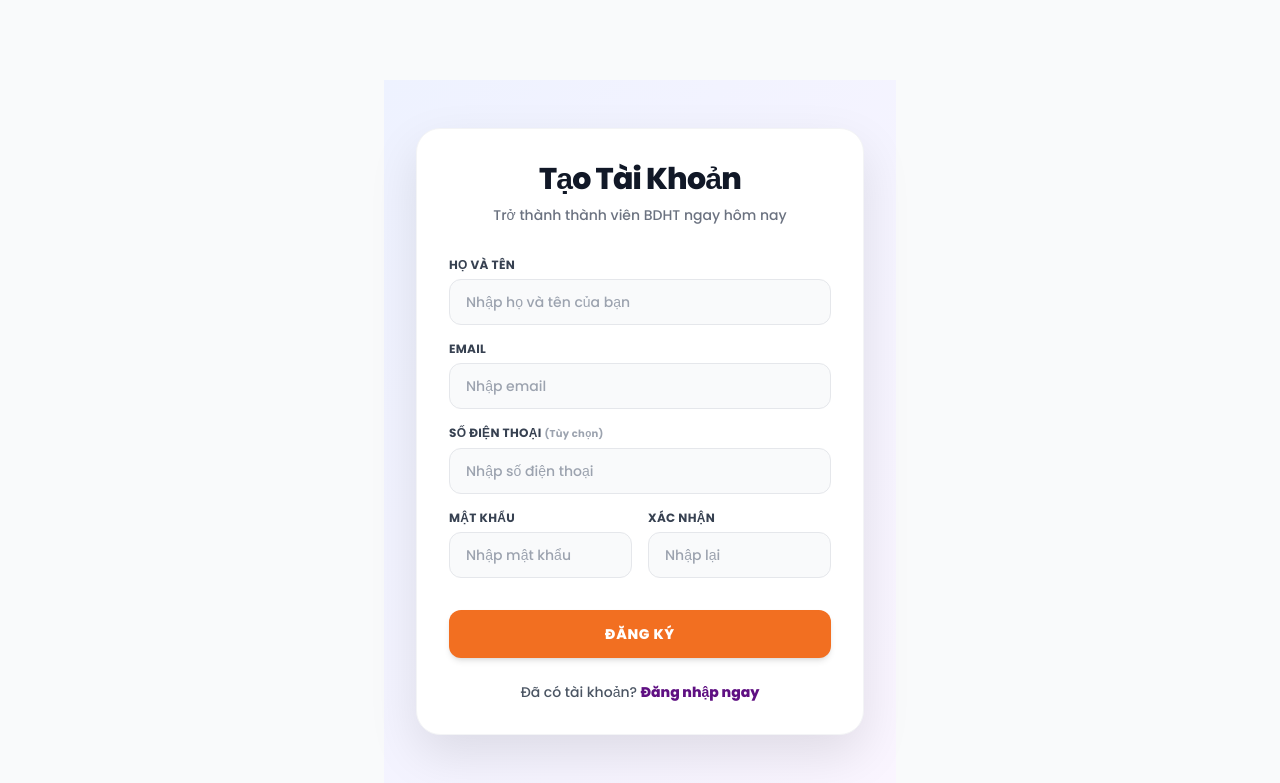
Repository: Vu-Tien-Duc/K23CNT3_VuTienDuc_Project4_EventTicket
Page: EventTicket_BDHT_Project/frontend-web/pages/user/register.html
These files come from the project's save history. The page is drawn as it stood at one moment and after the next save; the edit follows.
The browser window is 1280 px wide. The pictures show the whole page.
The page's requests for data from a server got no answer. Some web libraries are served in a nearby version.

Above is the page before, as saved 2026-05-24 18:37:59.

### EventTicket_BDHT_Project/frontend-web/pages/user/register.html
<!DOCTYPE html>
<html lang="vi">
<head>
    <meta charset="UTF-8">
    <meta name="viewport" content="width=device-width, initial-scale=1.0">
    <title>Đăng Ký - BDHT Premium Ticketing</title>
    <!-- Tailwind CSS CDN -->
    <script src="https://cdn.tailwindcss.com"></script>
    <script>
        tailwind.config = {
            theme: {
                extend: {
                    colors: {
                        brand: {
                            purple: '#5f1082',
                            purpleHover: '#4d0b6b',
                            orange: '#f26f21',
                            orangeHover: '#d95a12',
                            darkBg: '#333333'
                        }
                    },
                    fontFamily: {
                        sans: ['Poppins', 'sans-serif'],
                    }
                }
            }
        }
    </script>
    <link href="https://fonts.googleapis.com/css2?family=Poppins:wght@300;400;500;600;700;800;900&display=swap" rel="stylesheet">
    <link rel="stylesheet" href="https://cdnjs.cloudflare.com/ajax/libs/font-awesome/6.4.0/css/all.min.css">
    <link rel="stylesheet" href="../../assets/css/style.css">
</head>
<body class="bg-gray-50 text-gray-800 font-sans antialiased flex flex-col min-h-screen">


    <main class="flex-1 flex items-center justify-center py-12 px-4 sm:px-6 lg:px-8 bg-gradient-to-br from-indigo-50 to-purple-50">
        <div class="max-w-md w-full bg-white rounded-3xl p-8 shadow-[0_20px_50px_rgba(0,0,0,0.1)] border border-gray-100">
            <div class="text-center mb-8">
                <h2 class="text-3xl font-extrabold text-gray-900 tracking-tight">Tạo Tài Khoản</h2>
                <p class="text-sm font-medium text-gray-500 mt-2">Trở thành thành viên BDHT ngay hôm nay</p>
            </div>

            <form id="registerForm" class="flex flex-col gap-4">
                <div id="register-msg" class="hidden font-bold text-sm p-3 rounded-xl"></div>

                <div class="flex flex-col gap-1.5">
                    <label class="text-xs font-bold text-gray-700 uppercase tracking-wide">Họ và Tên</label>
                    <input type="text" id="fullName" required placeholder="Nhập họ và tên của bạn" class="w-full px-4 py-3 bg-gray-50 border border-gray-200 rounded-xl text-sm font-medium focus:border-brand-purple focus:ring-4 focus:ring-brand-purple/10 outline-none transition-all">
                </div>

                <div class="flex flex-col gap-1.5">
                    <label class="text-xs font-bold text-gray-700 uppercase tracking-wide">Email</label>
                    <input type="email" id="email" required placeholder="Nhập email" class="w-full px-4 py-3 bg-gray-50 border border-gray-200 rounded-xl text-sm font-medium focus:border-brand-purple focus:ring-4 focus:ring-brand-purple/10 outline-none transition-all">
                </div>

                <div class="flex flex-col gap-1.5">
                    <label class="text-xs font-bold text-gray-700 uppercase tracking-wide">Số điện thoại <span class="text-[10px] text-gray-400 normal-case">(Tùy chọn)</span></label>
                    <input type="text" id="phoneNumber" placeholder="Nhập số điện thoại" class="w-full px-4 py-3 bg-gray-50 border border-gray-200 rounded-xl text-sm font-medium focus:border-brand-purple focus:ring-4 focus:ring-brand-purple/10 outline-none transition-all">
                </div>

                <div class="grid grid-cols-2 gap-4">
                    <div class="flex flex-col gap-1.5">
                        <label class="text-xs font-bold text-gray-700 uppercase tracking-wide">Mật khẩu</label>
                        <input type="password" id="password" required placeholder="Nhập mật khẩu" class="w-full px-4 py-3 bg-gray-50 border border-gray-200 rounded-xl text-sm font-medium focus:border-brand-purple focus:ring-4 focus:ring-brand-purple/10 outline-none transition-all">
                    </div>

                    <div class="flex flex-col gap-1.5">
                        <label class="text-xs font-bold text-gray-700 uppercase tracking-wide">Xác nhận</label>
                        <input type="password" id="confirmPassword" required placeholder="Nhập lại" class="w-full px-4 py-3 bg-gray-50 border border-gray-200 rounded-xl text-sm font-medium focus:border-brand-purple focus:ring-4 focus:ring-brand-purple/10 outline-none transition-all">
                    </div>
                </div>

                <button type="submit" class="w-full bg-brand-orange hover:bg-brand-orangeHover text-white font-extrabold px-6 py-3.5 rounded-xl text-sm uppercase tracking-wider transition-all duration-300 shadow-md hover:shadow-xl hover:-translate-y-0.5 mt-4">
                    Đăng Ký
                </button>
            </form>

            <p class="text-center mt-6 text-sm font-medium text-gray-600">
                Đã có tài khoản? <a href="login.html" class="font-extrabold text-brand-purple hover:text-brand-orange transition-colors">Đăng nhập ngay</a>
            </p>
        </div>
    </main>

    <script src="../../assets/js/core/api-client.js"></script>
    <script src="../../assets/js/auth.js"></script>
</body>
</html>

### EventTicket_BDHT_Project/frontend-web/assets/css/style.css
/* EventTicket Frontend Styles */

/* Reset and Base Styles */
* {
    margin: 0;
    padding: 0;
    box-sizing: border-box;
}

body {
    font-family: 'Segoe UI', Tahoma, Geneva, Verdana, sans-serif;
    line-height: 1.6;
    color: #333;
    background-color: #f8f9fa;
}

header {
    background: linear-gradient(135deg, #667eea 0%, #764ba2 100%);
    color: white;
    padding: 1rem 0;
    position: fixed;
    width: 100%;
    top: 0;
    z-index: 1000;
    box-shadow: 0 2px 10px rgba(0,0,0,0.1);
}

main {
    margin-top: 80px;
    padding: 2rem;
    max-width: 1200px;
    margin-left: auto;
    margin-right: auto;
}

.container {
    max-width: 1200px;
    margin: 0 auto;
    padding: 0 1rem;
}

.btn {
    background: #667eea;
    color: white;
    padding: 0.75rem 1.5rem;
    border: none;
    border-radius: 5px;
    cursor: pointer;
    font-size: 1rem;
    transition: background 0.3s;
}

.btn:hover {
    background: #5a67d8;
}

.btn-danger {
    background: #e53e3e;
}

.btn-danger:hover {
    background: #c53030;
}

.card {
    background: white;
    border-radius: 10px;
    box-shadow: 0 4px 6px rgba(0,0,0,0.1);
    padding: 1.5rem;
    margin-bottom: 1.5rem;
}

.event-card {
    display: flex;
    gap: 1.5rem;
    margin-bottom: 2rem;
    padding: 1.5rem;
    border-radius: 10px;
    background: white;
    box-shadow: 0 4px 12px rgba(0,0,0,0.1);
    transition: transform 0.3s, box-shadow 0.3s;
}

.event-card:hover {
    transform: translateY(-5px);
    box-shadow: 0 8px 25px rgba(0,0,0,0.15);
}

/* Responsive */
@media (max-width: 768px) {
    .event-card {
        flex-direction: column;
    }

    main {
        padding: 1rem;
    }
}

/* Loading Spinner */
.loading {
    display: inline-block;
    width: 20px;
    height: 20px;
    border: 3px solid #f3f3f3;
    border-top: 3px solid #667eea;
    border-radius: 50%;
    animation: spin 1s linear infinite;
}

@keyframes spin {
    0% { transform: rotate(0deg); }
    100% { transform: rotate(360deg); }
}

### EventTicket_BDHT_Project/frontend-web/assets/js/auth.js
document.addEventListener('DOMContentLoaded', () => {
    window.pageUtils.loadHeader();
    setupLogin();
    setupRegister();
    setupSocialLogin();
});

const SOCIAL_AUTH_CONFIG = window.SOCIAL_AUTH_CONFIG || {};

function isConfigured(value) {
    return value && !value.startsWith('YOUR_');
}

function setLoginMessage(message, color = 'red') {
    const msgBox = document.getElementById('login-msg') || document.getElementById('login-error');
    if (!msgBox) return;
    msgBox.style.display = 'block';
    msgBox.innerHTML = `<span style="color: ${color};">${message}</span>`;
}

function redirectAfterLogin(user) {
    const userRole = user.role || 'USER';
    if (userRole === 'ADMIN' || userRole === 'ROLE_ADMIN') {
        window.location.href = window.pageUtils.resolveUrl('/pages/admin/lpth_dashboard.html');
    } else {
        window.location.href = window.pageUtils.resolveUrl('index.html');
    }
}

async function handleAuthSuccess(response) {
    if (!response || !response.user) {
        throw new Error('Khong nhan duoc du lieu user tu may chu.');
    }

    if (response.token) {
        window.apiClient.setToken(response.token);
    }
    localStorage.setItem('currentUser', JSON.stringify(response.user));
    redirectAfterLogin(response.user);
}

// ==========================================
// 1. LOGIN
// ==========================================
function setupLogin() {
    const loginForm = document.getElementById('loginForm') || document.getElementById('login-form');
    if (!loginForm) return;

    loginForm.addEventListener('submit', async (e) => {
        e.preventDefault();

        const emailInput = document.getElementById('email') || document.getElementById('username');
        const passwordInput = document.getElementById('password');
        const errorMsg = document.getElementById('login-msg') || document.getElementById('login-error');

        if (!errorMsg) return;
        errorMsg.style.display = 'block';
        errorMsg.innerHTML = '<span style="color: blue;">Dang kiem tra thong tin xac thuc...</span>';

        try {
            const response = await window.apiClient.post('/api/vtd/public/auth/login', {
                email: emailInput.value,
                password: passwordInput.value
            });

            if (response && response.user) {
                errorMsg.innerHTML = `<span style="color: green;">${response.message || 'Dang nhap thanh cong! Dang chuyen huong...'}</span>`;
                setTimeout(() => {
                    handleAuthSuccess(response);
                }, 800);
            } else if (response && response.error) {
                throw new Error(response.error);
            } else {
                throw new Error('Khong nhan duoc du lieu user tu may chu.');
            }
        } catch (error) {
            console.error('Loi dang nhap:', error);
            const errorText = (error.message || '').toLowerCase();
            if (errorText.includes('khoa') || errorText.includes('locked')) {
                errorMsg.innerHTML = '<span style="color: orange;">Tai khoan cua ban da bi khoa! Lien he quan tri vien.</span>';
            } else {
                errorMsg.innerHTML = `<span style="color: red;">${error.message || 'Dang nhap that bai.'}</span>`;
            }
        }
    });
}

// ==========================================
// 2. REGISTER
// ==========================================
function setupRegister() {
    const registerForm = document.getElementById('registerForm') || document.getElementById('register-form');
    if (!registerForm) return;

    registerForm.addEventListener('submit', async (e) => {
        e.preventDefault();

        const fullName = document.getElementById('fullName')?.value || document.getElementById('reg-username')?.value;
        const email = document.getElementById('email')?.value || document.getElementById('reg-email')?.value;
        const phoneNumber = document.getElementById('phoneNumber')?.value || '';
        const password = document.getElementById('password')?.value || document.getElementById('reg-password')?.value;
        const confirmPassword = document.getElementById('confirmPassword')?.value;
        const msgBox = document.getElementById('register-msg');

        if (!msgBox) return;
        msgBox.style.display = 'block';

        if (confirmPassword && password !== confirmPassword) {
            msgBox.innerHTML = '<span style="color: red;">Mat khau xac nhan khong khop!</span>';
            return;
        }

        msgBox.innerHTML = '<span style="color: blue;">Dang tao tai khoan...</span>';

        try {
            const response = await window.apiClient.post('/api/vtd/public/auth/register', {
                fullName: fullName,
                email: email,
                phoneNumber: phoneNumber,
                password: password
            });

            msgBox.innerHTML = `<span style="color: green;">${response.message || 'Dang ky thanh cong! Dang chuyen huong...'}</span>`;
            setTimeout(() => {
                window.location.href = window.pageUtils.resolveUrl('/pages/user/login.html');
            }, 1200);
        } catch (error) {
            msgBox.innerHTML = `<span style="color: red;">${error.message || 'Dang ky that bai. Vui long thu lai.'}</span>`;
        }
    });
}



function setupSocialLogin() {
    const btnGoogle = document.getElementById('btn-google');
    const btnFacebook = document.getElementById('btn-facebook');

    if (btnGoogle) {
        btnGoogle.addEventListener('click', loginWithGoogle);
    }
    if (btnFacebook) {
        btnFacebook.addEventListener('click', (e) => {
            e.preventDefault();
            setLoginMessage('Hệ thống đang phát triển.', 'orange');

            const facebookDev = document.getElementById('facebook-dev');
            if (facebookDev) facebookDev.style.display = 'block';
        });
    }


}

function loginWithGoogle() {
    if (!isConfigured(SOCIAL_AUTH_CONFIG.googleClientId)) {
        setLoginMessage('Vui long cau hinh Google Client ID trong login.html truoc khi dung dang nhap Google.');
        return;
    }
    if (!window.google || !google.accounts || !google.accounts.oauth2) {
        setLoginMessage('Google SDK chua tai xong, vui long thu lai sau vai giay.');
        return;
    }

    setLoginMessage('Dang mo dang nhap Google...', 'blue');
    const tokenClient = google.accounts.oauth2.initTokenClient({
        client_id: SOCIAL_AUTH_CONFIG.googleClientId,
        scope: 'openid email profile',
        callback: async (tokenResponse) => {
            if (!tokenResponse || !tokenResponse.access_token) {
                setLoginMessage('Google khong tra ve token dang nhap.');
                return;
            }

            try {
                const response = await window.apiClient.post('/api/vtd/public/auth/social-login', {
                    provider: 'google',
                    accessToken: tokenResponse.access_token
                });
                setLoginMessage(response.message || 'Dang nhap Google thanh cong! Dang chuyen huong...', 'green');
                setTimeout(() => handleAuthSuccess(response), 600);
            } catch (error) {
                setLoginMessage(error.message || 'Dang nhap Google that bai.');
            }
        }
    });
    tokenClient.requestAccessToken();
}

function loginWithFacebook() {
    if (!isConfigured(SOCIAL_AUTH_CONFIG.facebookAppId)) {
        setLoginMessage('Vui long cau hinh Facebook App ID trong login.html truoc khi dung dang nhap Facebook.');
        return;
    }
    if (!window.FB) {
        setLoginMessage('Facebook SDK chua tai xong, vui long thu lai sau vai giay.');
        return;
    }

    // FB.login chỉ hoạt động khi trang chạy qua HTTPS.
    // Nếu đang chạy http, Facebook SDK sẽ chặn và có thể làm lỗi typeof asyncfunction.
    if (window.location.protocol !== 'https:') {
        setLoginMessage('Facebook chỉ cho phép đăng nhập khi trang chạy HTTPS. Vui lòng bật HTTPS (Live Server/Proxy) rồi thử lại.', 'orange');
        return;
    }

    FB.init({
        appId: SOCIAL_AUTH_CONFIG.facebookAppId,
        cookie: true,
        xfbml: false,
        version: 'v25.0'
    });


    setLoginMessage('Dang mo dang nhap Facebook...', 'blue');
    FB.login(async (fbResponse) => {
        if (!fbResponse || !fbResponse.authResponse || !fbResponse.authResponse.accessToken) {
            setLoginMessage('Ban da huy dang nhap Facebook hoac Facebook khong tra ve token.');
            return;
        }

        const accessToken = fbResponse.authResponse.accessToken;
        try {
            const response = await window.apiClient.post('/api/vtd/public/auth/social-login', {
                provider: 'facebook',
                accessToken
            });
            setLoginMessage(response.message || 'Dang nhap Facebook thanh cong! Dang chuyen huong...', 'green');
            setTimeout(() => handleAuthSuccess(response), 600);
        } catch (error) {
            // backend trả { error: '...' } hoặc status 400/500, api-client sẽ đưa message sang error.message
            setLoginMessage(error.message || 'Dang nhap Facebook that bai.');
        }
    }, { scope: 'public_profile,email' });

}

### EventTicket_BDHT_Project/frontend-web/components/header.html
<!-- Header Component -->
<header class="w-full">
    <!-- Top Bar -->
    <div class="max-w-7xl mx-auto px-6 h-20 flex items-center justify-between gap-8">

        <!-- Logo -->
        <a href="pages/index.html" class="flex flex-col flex-shrink-0 group">
            <h1
                class="text-2xl font-extrabold text-gray-900 tracking-tight group-hover:text-brand-purple transition-colors">
                BDHT</h1>
            <p class="text-[9px] font-bold text-gray-400 uppercase tracking-widest mt-0.5" data-i18n="header.subtitle">
                Premium Ticketing</p>
        </a>

        <!-- Search -->
        <div class="hidden md:flex flex-1 max-w-xl">
            <div class="relative w-full group">
                <div class="absolute inset-y-0 left-0 pl-4 flex items-center pointer-events-none">
                    <i class="fas fa-search text-gray-400 group-focus-within:text-brand-purple transition-colors"></i>
                </div>
                <input id="header-search-keyword" type="text" placeholder="Tìm kiếm sự kiện, nghệ sĩ, địa điểm..." data-i18n="header.search_placeholder"
                    class="w-full pl-10 pr-4 py-2.5 bg-gray-50 border border-transparent rounded-full text-sm font-medium text-gray-900 focus:bg-white focus:border-gray-200 focus:ring-4 focus:ring-gray-100 outline-none transition-all duration-300">
            </div>
        </div>

        <!-- User Actions & Language -->
        <div class="flex items-center gap-6">
            <div class="hidden md:block">
                <div class="ai-status-shell rounded-full bg-gradient-to-r from-amber-200 via-orange-200 to-rose-200 p-[1px] shadow-[0_0_24px_rgba(251,191,36,0.32)] transition-all duration-300">
                    <div id="header-ai-status-pill"
                        class="hidden md:flex items-center gap-3 rounded-full border border-amber-200 bg-amber-50 px-3 py-1.5 text-[11px] font-bold text-amber-700 shadow-sm whitespace-nowrap">
                        <div class="flex items-center gap-2">
                            <span id="header-ai-status-dot" class="inline-block h-2 w-2 rounded-full bg-amber-500 animate-pulse"></span>
                            <span class="inline-flex items-center gap-1.5">
                                <i class="fas fa-robot text-[10px]"></i>
                                <span id="header-ai-status-text">Đang kiểm tra trợ lý AI...</span>
                            </span>
                        </div>
                        <button id="header-ai-cta" type="button"
                            class="hidden group items-center gap-1 rounded-full bg-gradient-to-r from-amber-400 via-orange-400 to-rose-400 px-2.5 py-1 text-[10px] font-bold text-slate-950 shadow-[0_8px_20px_rgba(249,115,22,0.28)] transition-all duration-300 hover:scale-105 hover:-translate-y-0.5">
                            <span class="inline-flex h-4 w-4 items-center justify-center rounded-full bg-slate-950/10">
                                <i class="fas fa-bolt text-[9px]"></i>
                            </span>
                            <span>Bật AI ngay</span>
                        </button>
                    </div>
                </div>
            </div>

            <div class="w-px h-6 bg-gray-200"></div>

            <!-- Auth Buttons -->
            <div id="guest-menu" class="flex items-center gap-3">
                <a href="pages/user/login.html" data-i18n="header.login"
                    class="text-sm font-bold text-gray-600 hover:text-gray-900 transition-colors px-2">Đăng nhập</a>
                <a href="pages/user/register.html" data-i18n="header.register"
                    class="bg-gray-900 hover:bg-brand-purple text-white text-sm font-bold px-5 py-2.5 rounded-full transition-all duration-300 hover:shadow-lg hover:-translate-y-0.5 active:translate-y-0">Đăng
                    ký</a>
            </div>

            <!-- User Menu (Hidden by default) -->
            <div id="user-menu" style="display: none;" class="relative items-center gap-3">
                <button type="button" id="user-dropdown-trigger"
                    class="flex items-center gap-3 outline-none border-none bg-transparent cursor-pointer group">
                    <span id="header-user-display-name"
                        class="text-sm font-bold text-gray-700 leading-tight group-hover:text-brand-purple transition-colors">User
                        Name</span>
                    <div id="header-user-avatar-char"
                        class="w-10 h-10 rounded-full bg-gradient-to-r from-brand-purple to-indigo-500 text-white font-extrabold text-sm flex items-center justify-center shadow-md group-hover:shadow-lg transition-all">
                        U
                    </div>
                    <i
                        class="fas fa-chevron-down text-[10px] text-gray-400 group-hover:text-brand-purple transition-colors"></i>
                </button>

                <!-- Dropdown Menu -->
                <div id="user-dropdown-menu"
                    class="hidden absolute right-0 top-12 w-56 bg-white border border-gray-100 rounded-2xl shadow-[0_10px_40px_rgba(0,0,0,0.08)] z-[100] py-2 flex flex-col overflow-hidden">
                    <a href="pages/user/profile.html"
                        class="px-5 py-3 text-sm font-bold text-gray-600 hover:bg-gray-50 hover:text-brand-purple transition-colors flex items-center gap-3">
                        <i class="far fa-user w-5 text-center text-gray-400"></i> <span data-i18n="header.profile">Hồ sơ
                            cá nhân</span>
                    </a>
                    <a href="pages/user/dashboard.html"
                        class="px-5 py-3 text-sm font-bold text-gray-600 hover:bg-gray-50 hover:text-brand-purple transition-colors flex items-center gap-3">
                        <i class="fas fa-ticket-alt w-5 text-center text-gray-400"></i> <span
                            data-i18n="header.my_events">Sự kiện của bạn</span>
                    </a>
                    <div class="h-px bg-gray-100 my-1 mx-3"></div>
                    <a href="javascript:void(0);" id="btn-logout"
                        class="px-5 py-3 text-sm font-bold text-red-500 hover:bg-red-50 transition-colors flex items-center gap-3">
                        <i class="fas fa-sign-out-alt w-5 text-center"></i> <span data-i18n="header.logout">Đăng
                            xuất</span>
                    </a>
                </div>
            </div>

        </div>
    </div>

    <!-- Navigation Bar -->
    <div class="bg-brand-purple w-full border-t border-purple-800/30">
        <div class="max-w-7xl mx-auto px-6 h-14 flex items-center justify-between">
            <div id="header-category-nav" class="flex items-center gap-8 overflow-x-auto scrollbar-hide">
                <span class="text-sm font-bold text-white/90">Đang tải danh mục...</span>
            </div>

            <div class="hidden lg:flex items-center gap-2 bg-white/10 px-4 py-1.5 rounded-full border border-white/20">
                <i class="fas fa-map-marker-alt text-white/70 text-xs"></i>
                <select id="header-location-filter"
                    class="bg-transparent text-white text-xs font-bold outline-none border-none cursor-pointer appearance-none pr-4 relative">
                    <option value="">Mọi địa điểm</option>
                </select>
                <i class="fas fa-chevron-down text-white/50 text-[10px] absolute right-4 pointer-events-none"></i>
            </div>
        </div>
    </div>
</header>

Loaded but not shown: EventTicket_BDHT_Project/frontend-web/assets/js/core/api-client.js (563 lines, source omitted)

After the next save:
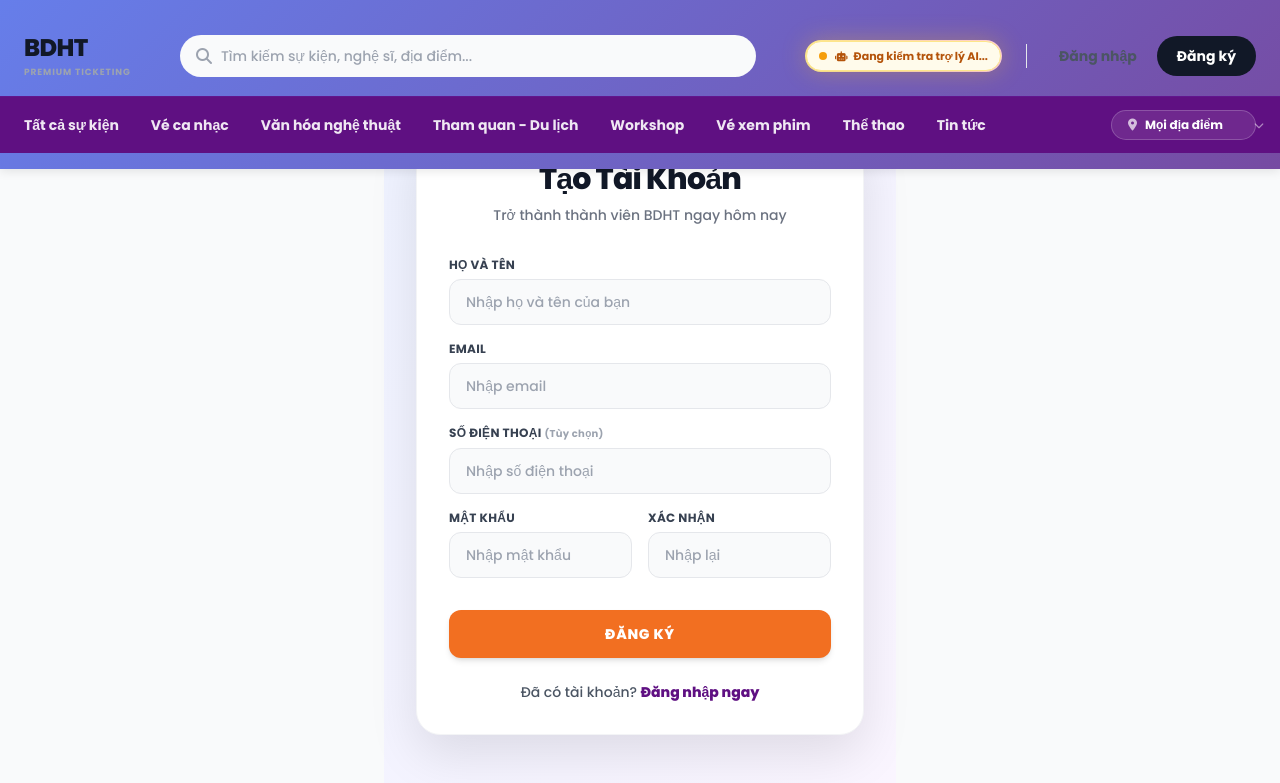
Saved 1 s later.
--- a/EventTicket_BDHT_Project/frontend-web/pages/user/register.html
+++ b/EventTicket_BDHT_Project/frontend-web/pages/user/register.html
@@ -31,7 +31,7 @@
     <link rel="stylesheet" href="../../assets/css/style.css">
 </head>
 <body class="bg-gray-50 text-gray-800 font-sans antialiased flex flex-col min-h-screen">
-
+    <div id="header-container"></div>
 
     <main class="flex-1 flex items-center justify-center py-12 px-4 sm:px-6 lg:px-8 bg-gradient-to-br from-indigo-50 to-purple-50">
         <div class="max-w-md w-full bg-white rounded-3xl p-8 shadow-[0_20px_50px_rgba(0,0,0,0.1)] border border-gray-100">
